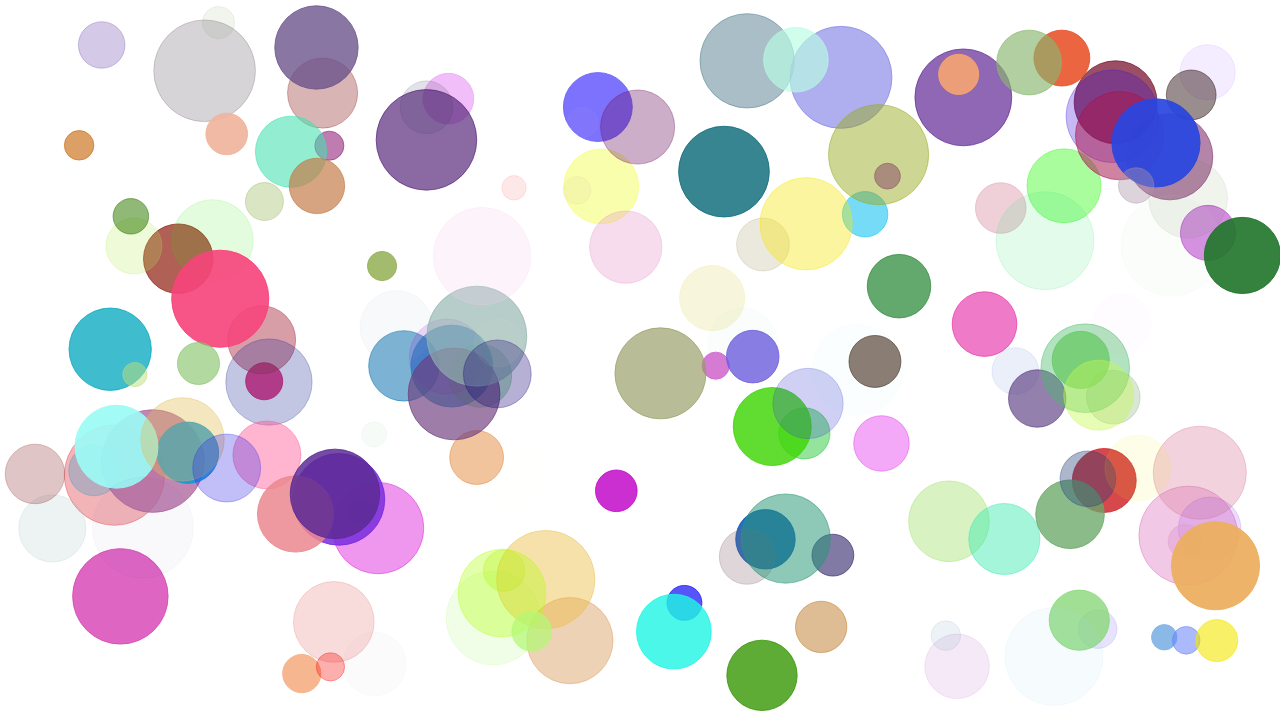
Repository: MikeTroianello/canvas-testing
Page: index.html
These files come from the project's save history. The page is drawn as it stood at one moment and after the next save; the edit follows.
The browser window is 1280 px wide. The pictures show the whole page.

Above is the page before, as saved 2019-06-05 16:42:19.

### index.html
<!DOCTYPE html>
<html lang="en">
  <head>
    <meta charset="UTF-8" />
    <meta name="viewport" content="width=device-width, initial-scale=1.0" />
    <meta http-equiv="X-UA-Compatible" content="ie=edge" />
    <link rel="stylesheet" type="text/css" href="style.css" />
    <title>Canvas</title>
  </head>
  <body>
    <canvas></canvas>
    <script src="canvas.js"></script>
  </body>
</html>

### style.css
body {
  margin: 0;
}

/* canvas {
  border: 1px solid black;
} */

### canvas.js
var canvas = document.querySelector('canvas');
console.log(canvas);

canvas.width = window.innerWidth;
canvas.height = window.innerHeight;

var ctx = canvas.getContext('2d');

// for (let i = 0; i < canvas.width; i++) {
//   ctx.fillStyle = `rgba(${i}, ${i}, ${i * 30}, 1)`;
//   ctx.fillRect(i * 100, i * 100, 100, 100);
// }

//Line

// ctx.beginPath();
// ctx.moveTo(50, 300);
// ctx.lineTo(300, 100);
// ctx.lineTo(400, 300);
// ctx.strokeStyle = 'blue';
// ctx.stroke();

//arc
// ctx.beginPath();
// ctx.arc(300, 300, 30, 0, Math.PI * 2, false);
// ctx.strokeStyle = 'red';
// ctx.stroke();

// for (let i = 0; i < 1009; i++) {
//   var x = Math.random() * window.innerWidth;
//   var y = Math.random() * window.innerHeight;
//   var r = Math.floor(Math.random() * 255);
//   ctx.beginPath();
//   ctx.arc(x, y, 30, 0, Math.PI * 2, false);
//   ctx.strokeStyle = `rgba(${Math.floor(Math.random() * 255)},${Math.floor(
//     Math.random() * 255
//   )},${Math.floor(Math.random() * 255)}, ${Math.random()}`;
//   ctx.stroke();
// }

//MOVING CIRCLE

class Circle {
  constructor(x, y, dx, dy, radius, color) {
    this.x = x;
    this.y = y;
    this.dx = dx;
    this.dy = dy;
    this.radius = radius;
    this.color = color;
    this.draw = function() {
      ctx.beginPath();
      ctx.arc(this.x, this.y, this.radius, 0, Math.PI * 2, false);
      ctx.strokeStyle = this.color;
      ctx.stroke();
      ctx.fillStyle = this.color;
      ctx.fill();
    };
    this.update = function() {
      if (this.x + radius >= innerWidth || this.x - radius <= 0) {
        this.dx = -this.dx;
      }
      if (this.y + radius >= innerHeight || this.y - radius <= 0) {
        this.dy = -this.dy;
      }
      this.x += this.dx;
      this.y += this.dy;

      this.draw();
    };
  }
}

var circleArray = [];

for (let i = 0; i < 150; i++) {
  let r = Math.random() * 40 + 12;
  // let r = 30;
  let x = Math.random() * (innerWidth - r * 2) + r;
  let y = Math.random() * (innerHeight - r * 2) + r;
  let dx = (Math.random() - 0.5) * 5;
  let dy = (Math.random() - 0.5) * 5;
  let color = `rgba(${Math.floor(Math.random() * 255)},${Math.floor(
    Math.random() * 255
  )},${Math.floor(Math.random() * 255)}, ${Math.random()}`;
  circleArray.push(new Circle(x, y, dx, dy, r, color));
}

console.log(circleArray);

function animate() {
  requestAnimationFrame(animate);
  ctx.clearRect(0, 0, innerWidth, innerHeight);

  for (let i = 0; i < circleArray.length; i++) {
    circleArray[i].update();
  }
}

animate();

After the next save:
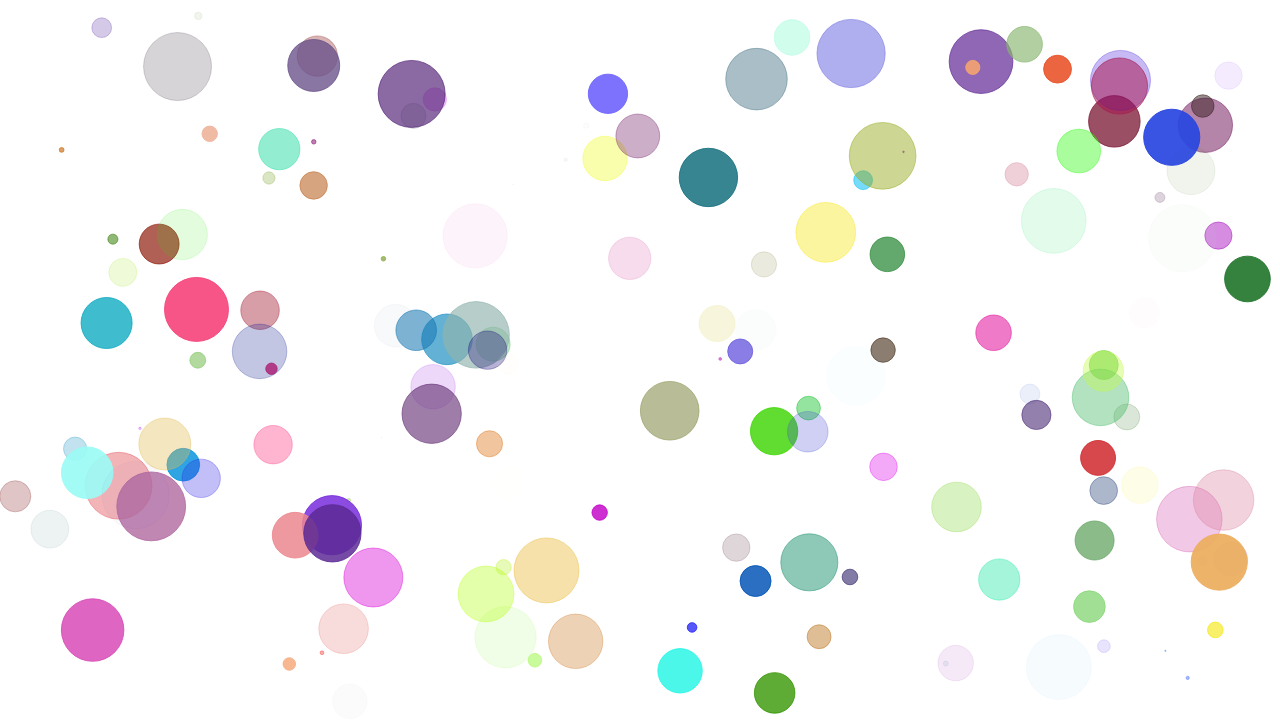
Saved 8 s later.
--- a/canvas.js
+++ b/canvas.js
@@ -74,7 +74,7 @@ class Circle {
 var circleArray = [];
 
 for (let i = 0; i < 150; i++) {
-  let r = Math.random() * 40 + 12;
+  let r = Math.random() * 35;
   // let r = 30;
   let x = Math.random() * (innerWidth - r * 2) + r;
   let y = Math.random() * (innerHeight - r * 2) + r;
